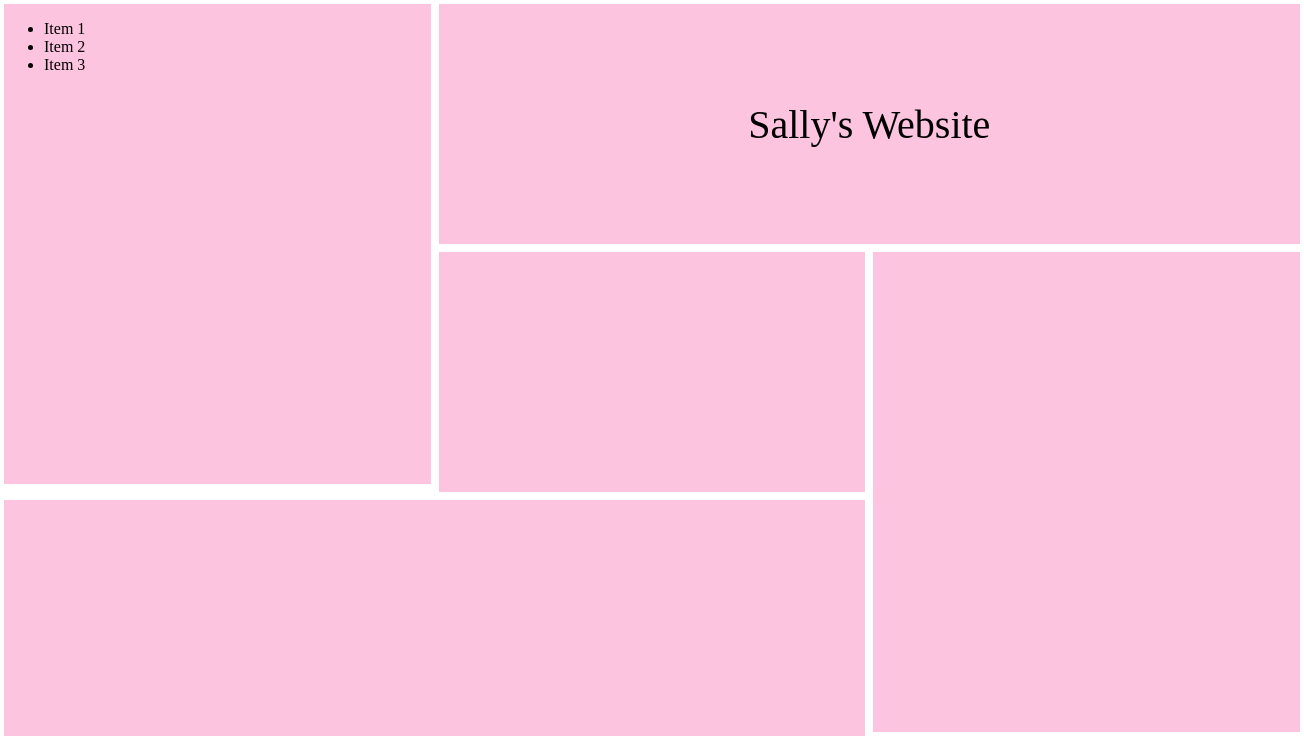
Repository: tianjiewang2022/tianjiewang2022.github.io
Page: index.html
These files come from the project's save history. The page is drawn as it stood at one moment and after the next save; the edit follows.
The browser window is 1280 px wide. The page is 1304 px wide, so the pictures cover 1304 px, including what lies to the right of the window. The pictures show the whole page.

Above is the page before, as saved 2023-10-03 18:52:05.

### index.html
<!DOCTYPE html>
<html lang="en">

    <head>
        <meta charset="UTF-8">
        <meta name="viewport" content="width=device-width, initial-scale=1.0">
        <title>Sally's Webpage</title>
        <style>
            body {
                margin: 0;
                padding: 0;
                display: grid;
                grid-template-rows: repeat(3, 1fr);
                grid-template-columns: repeat(3, 1fr);
                height: 100vh;
            }

            header {
                background-color: rgb(252, 196, 223);
                color: rgb(0, 0, 0);
                grid-column: 2 / span 2;
                grid-row: 1 / span 1;
                display: flex;
                justify-content: center;
                align-items: center;
                font-size: 40px;
                z-index: 100;
                height: calc(100vh / 3);
                /* Set the height of the header */
                border: 4px solid #fff;
            }

            .left_bar {
                background-color: rgb(252, 196, 223);
                grid-row: 1 / span 2;
                grid-column: 1 / span 1;
                height: calc(2 * (100vh / 3));
                /* Set the height of the left bar */
                width: calc(1 * (100vw / 3));
                /* Set the width of the left bar */
                /* Position the left bar at the left side */
                border: 4px solid #fff;
            }

            .main_area {
                background-color: rgb(252, 196, 223);
                grid-row: 2 / span 1;
                grid-column: 2 / span 1;
                display: flex;
                grid-template-columns: 1fr;
                flex-wrap: wrap;
                justify-content: center;
                position: relative;
                height: calc(1 * (100vh / 3));
                width: calc(1 * (100vw / 3));
                align-items: center;
                border: 4px solid #fff;
            }

            Initial box style .box {
                width: 60px;
                height: 60px;
                background-color: #3498db;
                /* Initial color */
                transition: all 0.5s ease;
                /* Transition duration and timing function */
                cursor: pointer;
                /* Change cursor to pointer on hover */
            }

            /* Hover effect */
            .box:hover {
                width: 120px;
                height: 120px;
                background-color: #a72dfe;
                /* New color on hover */
            }

            .right_bar {
                background-color: rgb(252, 196, 223);
                grid-row: 2 / span 2;
                grid-column: 3 / span 1;
                height: calc(2 * (100vh / 3));
                /* Set the height of the left bar */
                width: calc(1 * (100vw / 3));
                /* Set the width of the left bar */
                /* Position the left bar at the left side */
                border: 4px solid #fff;
            }

            footer {
                background-color: rgb(252, 196, 223);
                grid-column: 1 / span 2;
                grid-row: 3 / span 1;
                /* Place the footer in the last row */
                display: flex;
                justify-content: center;
                align-items: center;
                z-index: 100;
                /* Set the height of the footer */
                border: 4px solid #fff;
            }
        </style>
    </head>

    <body>
        <header>
            Sally's Website
        </header>

        <!-- Your content goes here -->
        <div class="left_bar">
            <ul>
                <li>Item 1</li>
                <li>Item 2</li>
                <li>Item 3</li>
            </ul>
        </div>
        <div class="main_area">
            <div class="box"></div> <!-- Centered box -->
        </div>
        <span class="right_bar"></span>

        <footer></footer>
    </body>

</html>

After the next save:
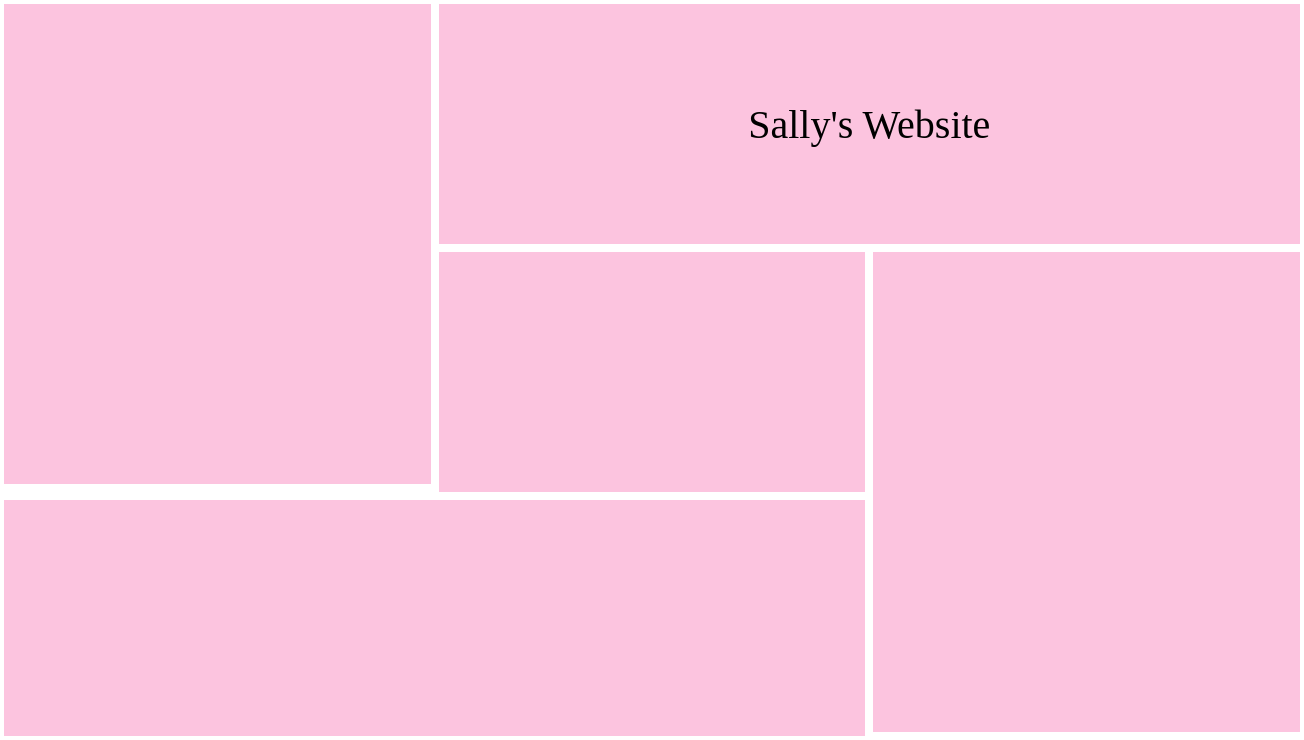
Saved 98 s later.
--- a/index.html
+++ b/index.html
@@ -57,25 +57,6 @@
                 border: 4px solid #fff;
             }
 
-            Initial box style .box {
-                width: 60px;
-                height: 60px;
-                background-color: #3498db;
-                /* Initial color */
-                transition: all 0.5s ease;
-                /* Transition duration and timing function */
-                cursor: pointer;
-                /* Change cursor to pointer on hover */
-            }
-
-            /* Hover effect */
-            .box:hover {
-                width: 120px;
-                height: 120px;
-                background-color: #a72dfe;
-                /* New color on hover */
-            }
-
             .right_bar {
                 background-color: rgb(252, 196, 223);
                 grid-row: 2 / span 2;
@@ -109,13 +90,7 @@
         </header>
 
         <!-- Your content goes here -->
-        <div class="left_bar">
-            <ul>
-                <li>Item 1</li>
-                <li>Item 2</li>
-                <li>Item 3</li>
-            </ul>
-        </div>
+        <div class="left_bar"></div>
         <div class="main_area">
             <div class="box"></div> <!-- Centered box -->
         </div>
